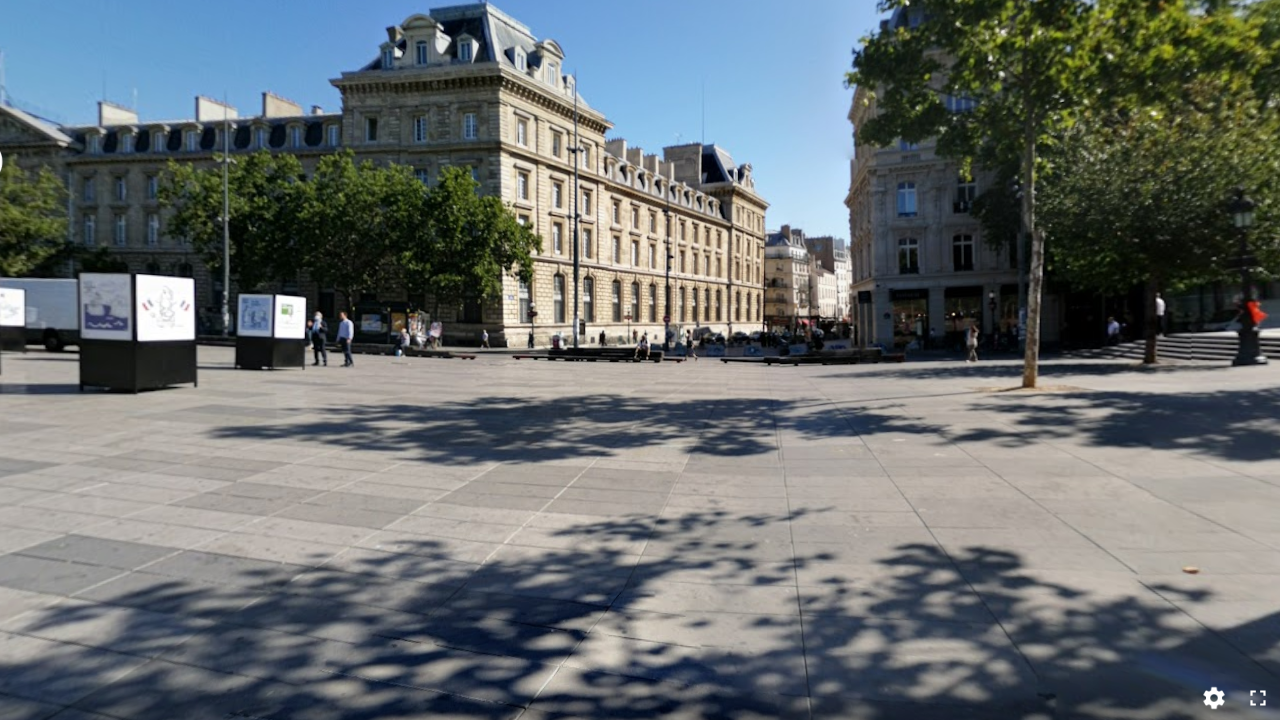
Repository: mir-ak/360View
Page: index.html
An editor plug-in stored every save of this project. The page is shown before and after the next save, followed by the edit.
The browser window is 1280 px wide. The pictures show the whole page.

Above is the page before, as saved 2022-11-06 16:24:30.

### index.html
<!DOCTYPE html>
<html lang="en">
  <head>
    <meta charset="UTF-8" />
    <meta name="viewport" content="width=device-width, initial-scale=1.0" />
    <meta http-equiv="X-UA-Compatible" content="ie=edge" />
    <link rel="icon" type="image/png" sizes="280x280" href="image/logo.png" />
    <link href="https://cdn.jsdelivr.net/npm/bootstrap@5.0.2/dist/css/bootstrap.min.css" rel="stylesheet" integrity="sha384-EVSTQN3/azprG1Anm3QDgpJLIm9Nao0Yz1ztcQTwFspd3yD65VohhpuuCOmLASjC" crossorigin="anonymous">
    <title>panolens</title>
    <link rel="stylesheet" href="css/style.css" type="text/css" />
  </head>
  <body>
    <div id="container" style="display: none"></div>
    <div id="panel"></div>



    <div id="Gendarmerie_nationale" style="display: none">
      <img src="image/republique-metro.jpeg" />
    </div>
    <div id="republique-metro" style="display: none ">
      <img src="image/Gendarmerie_nationale.jpg" />
    </div>
    <div id="wallStreet" style="display: none ">
      <img src="image/wallStreet.jpg" />
    </div>

    <div id="test" style="width: 18rem;display: none">
      <img src="..." class="card-img-top" alt="...">
      <div class="card-body">
        <h5 class="card-title">Card title</h5>
        <p class="card-text">Some quick example text to build on the card title and make up the bulk of the card's content.</p>
        <a href="#" class="btn btn-primary">Go somewhere</a>
      </div>
    </div>











    <div id="video" style="display: none">
      <video controls width="350">
        <source src="video/poisson.mp4" type="video/mp4" />
      </video>
    </div>
    <div id="image" style="display: none">
      <img src="image/image2.jpeg" />
    </div>
    <div id="audio" style="display: none">
      <audio src="audio/vagues.mp3" controls></audio>
    </div>
    <div id="video2" style="display: none">
      <video controls width="350">
        <source src="video/video2.mp4" type="video/mp4" />
      </video>
    </div>
    <div id="image2" style="display: none">
      <img src="image/canard.png" />
    </div>
    <div id="audio2" style="display: none">
      <audio src="audio/oiseaux.mp3" controls></audio>
    </div>
    <script src="js/three.min.js"></script>
    <script src="js/panolens.min.js"></script>
    <script src="js/main.js"></script>
  </body>
</html>

### css/style.css
html,body{
    width: 100%;
    height: 100%;
    overflow: hidden;
    margin: 0;
    padding: 0;

}
#container {
    width: 100%;
    height: 100%;
}

### js/main.js
window.addEventListener("load", (event) => main());
window.addEventListener("resize", (event) => reasize());
const reasize = () => {
  console.log("resize", window.innerWidth, window.innerHeight);
};
const main = () => {
  var infospot,
    panorama1,
    panorama2,
    panorama3,
    panorama4,
    panorama5,
    panorama6,
    viewer,
    container;
  container = document.querySelector("#container");
  panorama1 = new PANOLENS.ImagePanorama("../image/360/2020-07-21.jpg");
  panorama2 = new PANOLENS.ImagePanorama("../image/360/2017-03-20.jpg");
  panorama3 = new PANOLENS.ImagePanorama("../image/360/2019-08-08.jpg");
  panorama4 = new PANOLENS.ImagePanorama("../image/360/R0010158.jpg");
  panorama5 = new PANOLENS.ImagePanorama("../image/360/R0010150.jpg");
  panorama6 = new PANOLENS.ImagePanorama("../image/360/2019-05-08.jpg");

  var lookAtPositions = [
    new THREE.Vector3(4871.39, 1088.07, -118.41),
    new THREE.Vector3(5258.81, -405.5, 1571.13),
    new THREE.Vector3(4558.81, 495.5, 3771.13),
    new THREE.Vector3(5871.39, 688.07, -2518.41),
    new THREE.Vector3(-4520, 488.07, -2218.41),
    new THREE.Vector3(-6520, 488.07, 3518.41),
    new THREE.Vector3(-4258.81, 295.5, 3771.13),
    new THREE.Vector3(20, 295.5, -7000),
    new THREE.Vector3(8258.81, 295.5, 5771.13),
    new THREE.Vector3(8258.81, 295.5, 1771.13),
    new THREE.Vector3(3258.81, 195.5, 3771.13),
    new THREE.Vector3(-2471.39, 200.07, 3018.41),
    new THREE.Vector3(300.39, 100.07, 4518.41),
    new THREE.Vector3(-3471.39, 200.07, -2818.41),
    new THREE.Vector3(4471.39, 300.07, -1518.41),
    new THREE.Vector3(5471.39, 300.07, 2018.41),
    new THREE.Vector3(2471.39, 300.07, -4518.41),
  ];

  panorama1.link(panorama2, lookAtPositions[0]);
  panorama2.link(panorama1, lookAtPositions[1]);
  panorama1.link(panorama3, lookAtPositions[2]);
  panorama1.link(panorama4, lookAtPositions[3]);
  panorama1.link(panorama5, lookAtPositions[4]);
  panorama1.link(panorama6, lookAtPositions[5]);
  panorama3.link(panorama1, lookAtPositions[6]);
  panorama3.link(panorama4, lookAtPositions[7]);
  panorama4.link(panorama1, lookAtPositions[8]);
  panorama4.link(panorama3, lookAtPositions[9]);
  panorama4.link(panorama5, lookAtPositions[10]);
  panorama5.link(panorama1, lookAtPositions[11]);
  panorama5.link(panorama4, lookAtPositions[12]);
  panorama5.link(panorama6, lookAtPositions[13]);
  panorama6.link(panorama1, lookAtPositions[14]);
  panorama6.link(panorama3, lookAtPositions[15]);
  panorama6.link(panorama5, lookAtPositions[16]);

  function addInfoSpot(panorama, x, y, z, id, h) {
    infospot = new PANOLENS.Infospot(300, PANOLENS.DataImage.Info);
    infospot.position.set(x, y, z);
    infospot.addHoverElement(document.getElementById(id), h);
    panorama.add(infospot);
  }

  //--------------------------infospot pour le 1er Panorama-------------
  addInfoSpot(panorama1, 4500, 2050, 800, "test", 100);
  addInfoSpot(panorama1, 4500, 3850, 400, "test", 70);
  addInfoSpot(panorama1, 4500, 550, 1000, "wallStreet", 70);
  addInfoSpot(panorama1, 1500, 400, 3900, "wallStreet", 70);
  addInfoSpot(panorama1, -1500, 400, 4900, "audio", 70);
  addInfoSpot(panorama1, 3500, 1050, -3300, "republique-metro", 70);
  addInfoSpot(panorama1, -1550, 150, 1850, "Gendarmerie_nationale", 70);
  //---------------------------------------------------------------------

  //--------------------------infospot pour le 2eme Panorama-------------
  addInfoSpot(panorama2, 500, 150, 4000, "video2", 150);
  //---------------------------------------------------------------------

  //--------------------------infospot pour le 3er Panorama-------------
  addInfoSpot(panorama3, 5200, 200, 3800, "audio2", 150);
  addInfoSpot(panorama3, 1500, 300, 3800, "video2", 150);
  addInfoSpot(panorama3, 5500, 250, -2800, "video2", 150);
  //---------------------------------------------------------------------

  //--------------------------infospot pour le 4er Panorama-------------
  addInfoSpot(panorama4, -3000, 300, -4500, "audio2", 150);
  addInfoSpot(panorama4, -200, 300, 3800, "video2", 150);
  addInfoSpot(panorama4, 1500, 250, -2800, "video2", 150);
  //---------------------------------------------------------------------

  //--------------------------infospot pour le 5er Panorama-------------
  addInfoSpot(panorama5, -3000, 300, -5500, "audio2", 150);
  addInfoSpot(panorama5, 5000, 50, 800, "video2", 150);
  addInfoSpot(panorama5, 3500, 50, 3000, "video2", 150);
  //---------------------------------------------------------------------

  //--------------------------infospot pour le 6er Panorama-------------
  addInfoSpot(panorama6, -1000, 300, -5500, "audio2", 50);
  addInfoSpot(panorama6, -4500, 50, 2800, "video2", 150);
  addInfoSpot(panorama6, -5500, 150, -100, "video2", 150);

  // pour tourne
  viewer = new PANOLENS.Viewer({
    output: "console",
    //autoRotate: true,
  });

  viewer.add(panorama1, panorama2, panorama3, panorama4, panorama5, panorama6);
  viewer.addUpdateCallback(function () {});
};

Loaded but not shown: js/three.min.js (library); js/panolens.min.js (library)

After the next save:
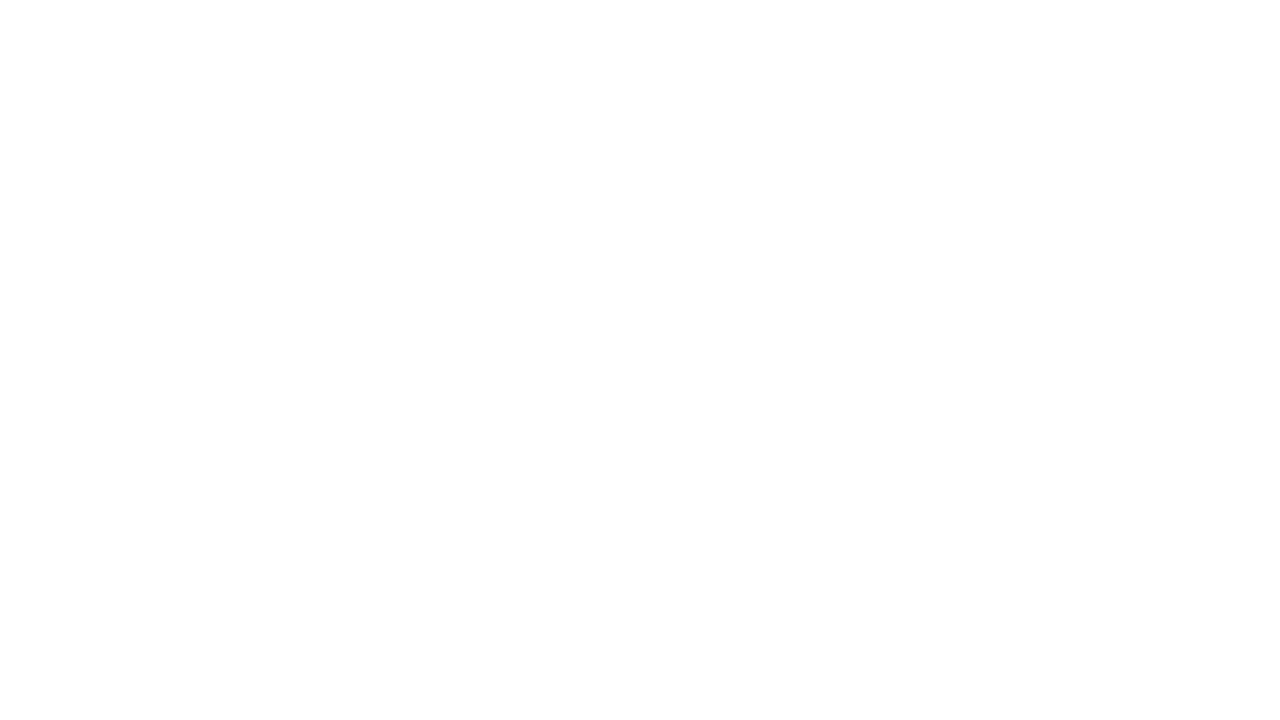
Console error: TypeError: Cannot read properties of null (reading 'cloneNode')
Saved 4 s later.
--- a/js/main.js
+++ b/js/main.js
@@ -69,7 +69,7 @@
   //--------------------------infospot pour le 1er Panorama-------------
   addInfoSpot(panorama1, 4500, 2050, 800, "test", 100);
   addInfoSpot(panorama1, 4500, 3850, 400, "test", 70);
-  addInfoSpot(panorama1, 4500, 550, 1000, "wallStreet", 70);
+  addInfoSpot(panorama1, 4500, 550, 1000, "", 70);
   addInfoSpot(panorama1, 1500, 400, 3900, "wallStreet", 70);
   addInfoSpot(panorama1, -1500, 400, 4900, "audio", 70);
   addInfoSpot(panorama1, 3500, 1050, -3300, "republique-metro", 70);

After the save that followed:
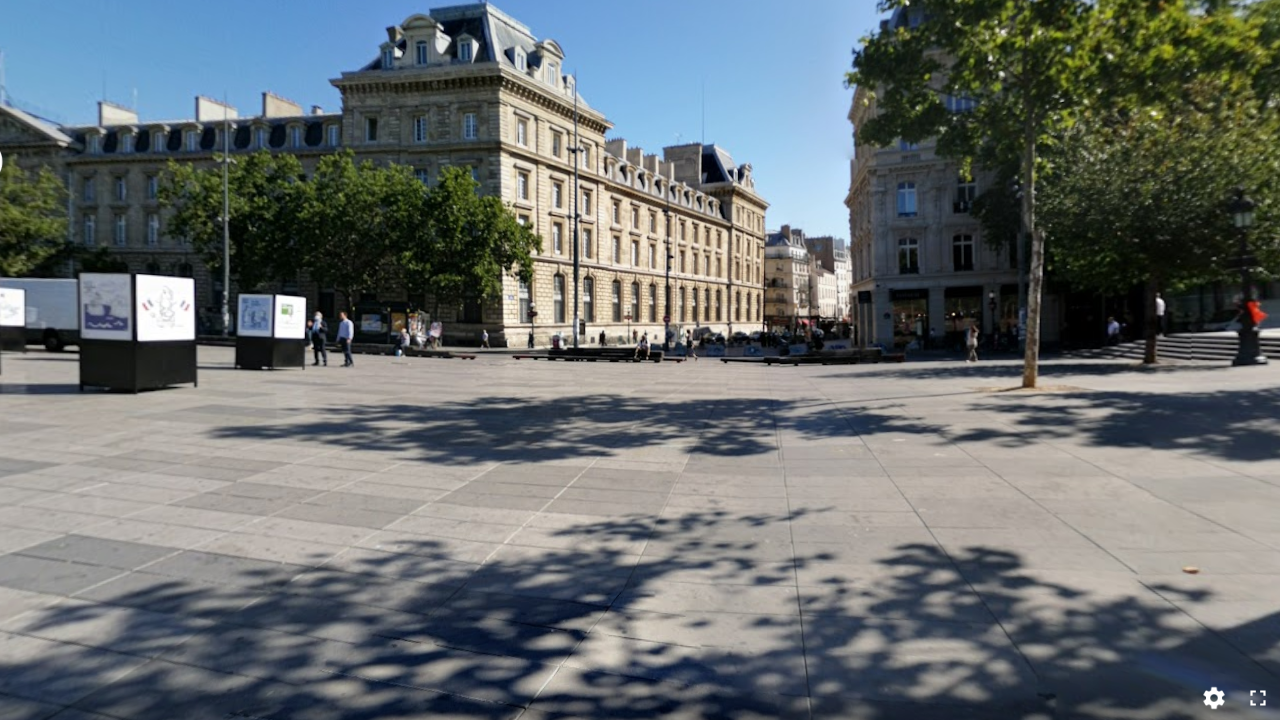
The error is gone.
Saved 15 s later.
--- a/js/main.js
+++ b/js/main.js
@@ -69,7 +69,7 @@
   //--------------------------infospot pour le 1er Panorama-------------
   addInfoSpot(panorama1, 4500, 2050, 800, "test", 100);
   addInfoSpot(panorama1, 4500, 3850, 400, "test", 70);
-  addInfoSpot(panorama1, 4500, 550, 1000, "", 70);
+  addInfoSpot(panorama1, 4500, 550, 1000, "wallStreet", 70);
   addInfoSpot(panorama1, 1500, 400, 3900, "wallStreet", 70);
   addInfoSpot(panorama1, -1500, 400, 4900, "audio", 70);
   addInfoSpot(panorama1, 3500, 1050, -3300, "republique-metro", 70);
